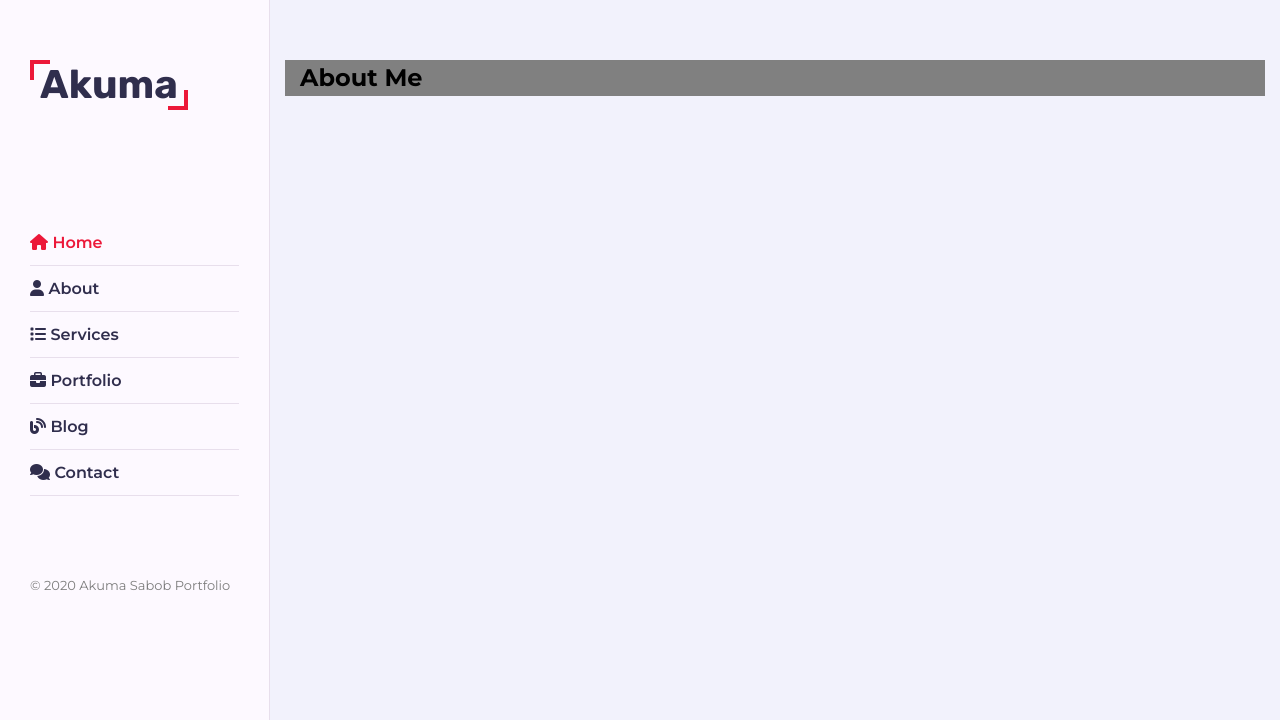
Repository: Akuma001/MY-Portfolio
Page: index.html
These files come from the project's save history. The page is drawn as it stood at one moment and after the next save; the edit follows.
The browser window is 1280 px wide. The pictures show the whole page.
Some web libraries are served in a nearby version.

Above is the page before, as saved 2020-12-13 17:13:30.

After the next save:
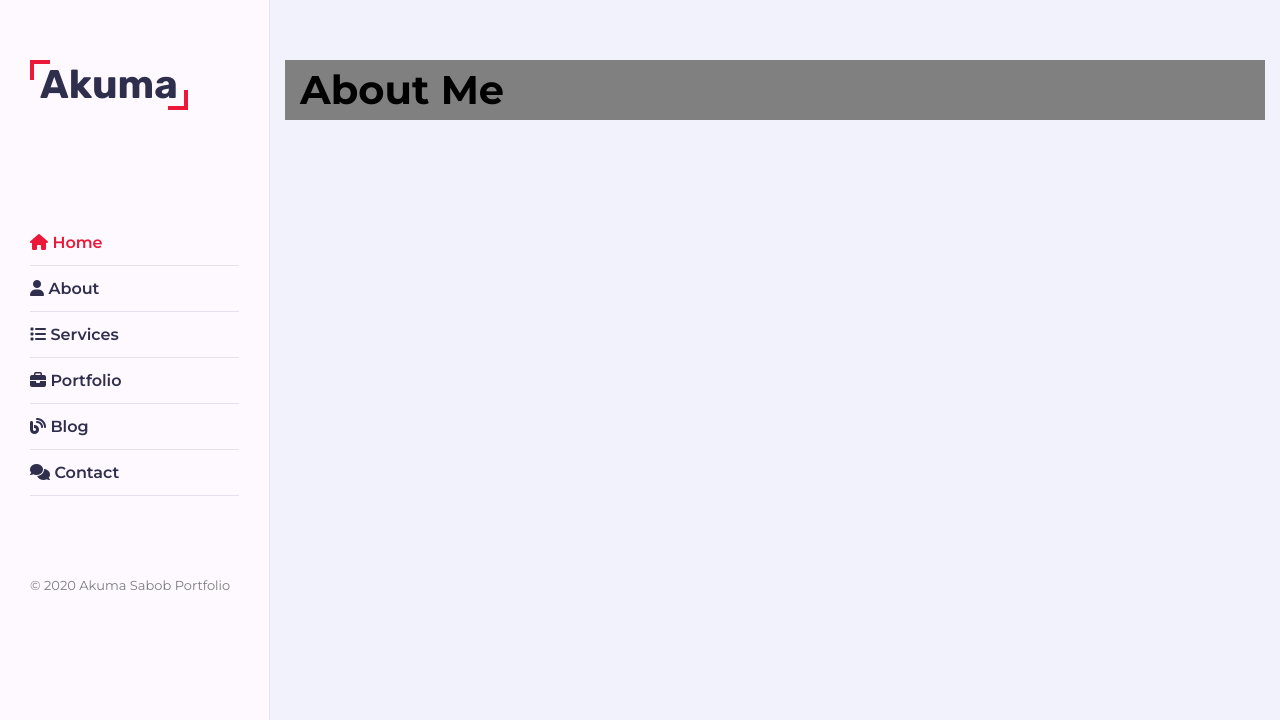
Saved 44 s later.
--- a/css/style.css
+++ b/css/style.css
@@ -39,6 +39,10 @@ body{
     flex: 0 0 100%;
     max-width: 100%;
     background-color: gray;
+}
+.section-title h2{
+    font-size: 40px;
+
 }
 .row{
     display: -ms-flexbox;
